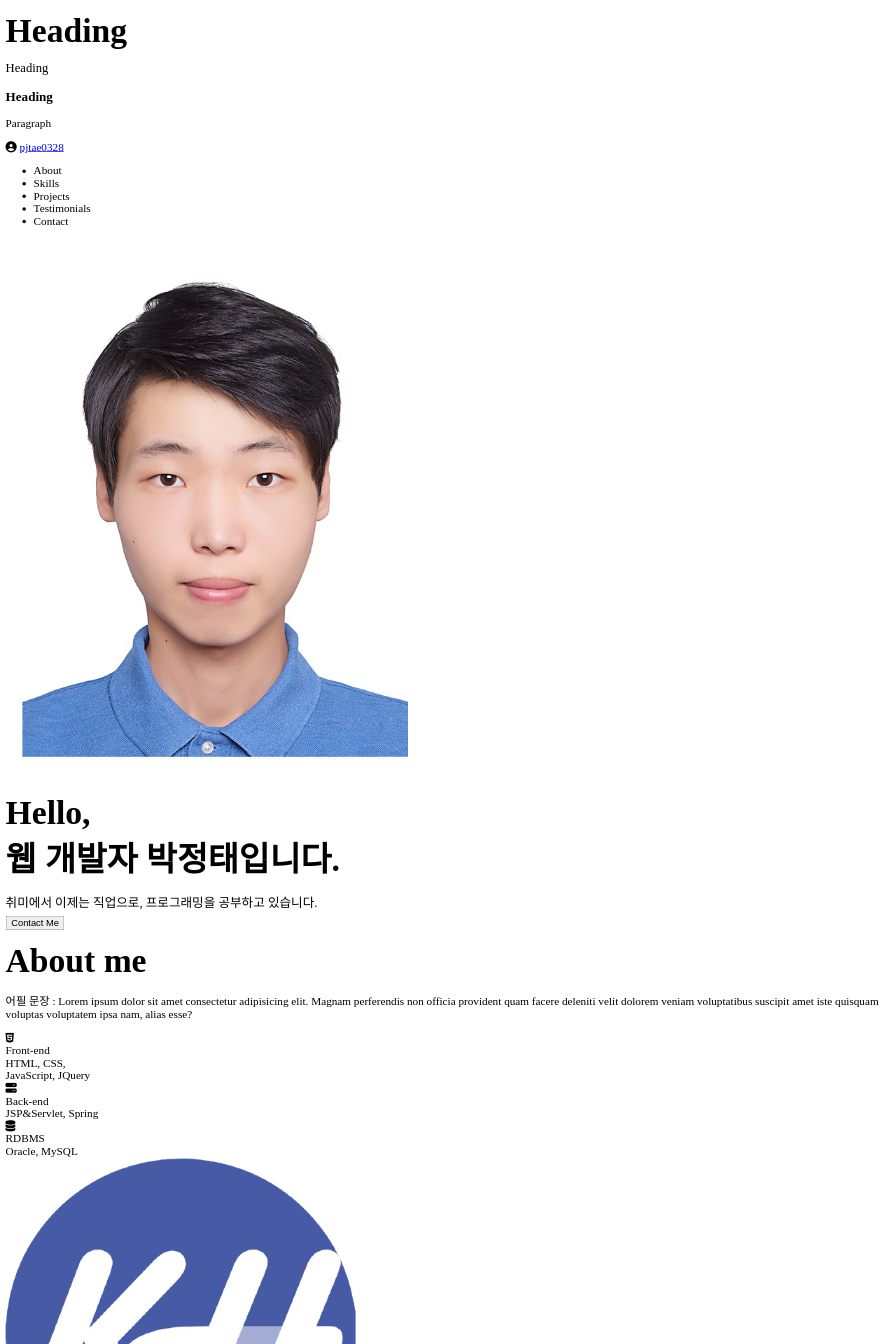
Repository: pjtae0328/Portfolio
Page: index.html
The author's editor kept a copy of each file at every save. The page is drawn from the files as they stood at one save, then again after the next save.
The browser window is 1280 px wide. The pictures show the part of the page from y = 0 to 1920 px (the page is 6925 px tall before and 6704 px after), at 70% of full size.
Some web libraries are served in a nearby version.

Above is the page before, as saved 2021-09-02 21:07:52.

After the next save:
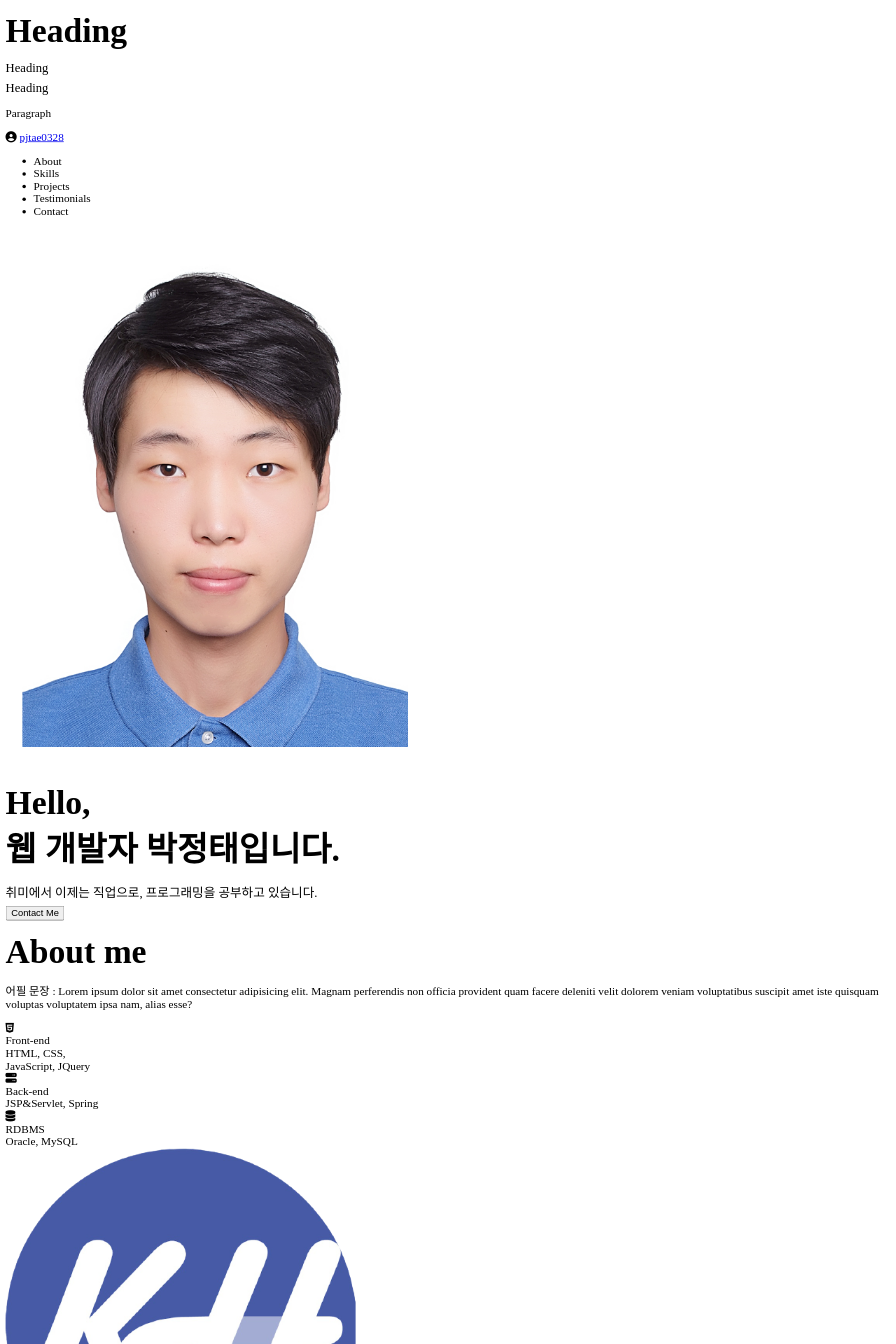
Saved 32 s later.
--- a/style.css
+++ b/style.css
@@ -50,3 +50,10 @@
   color: var(--color-black);
   margin: 8px 0;
 }
+
+h3 {
+  font-size: var(--font-regular);
+  font-weight: var(--weight-regular);
+  color: var(--color-black);
+  margin: 8px 0;
+}
